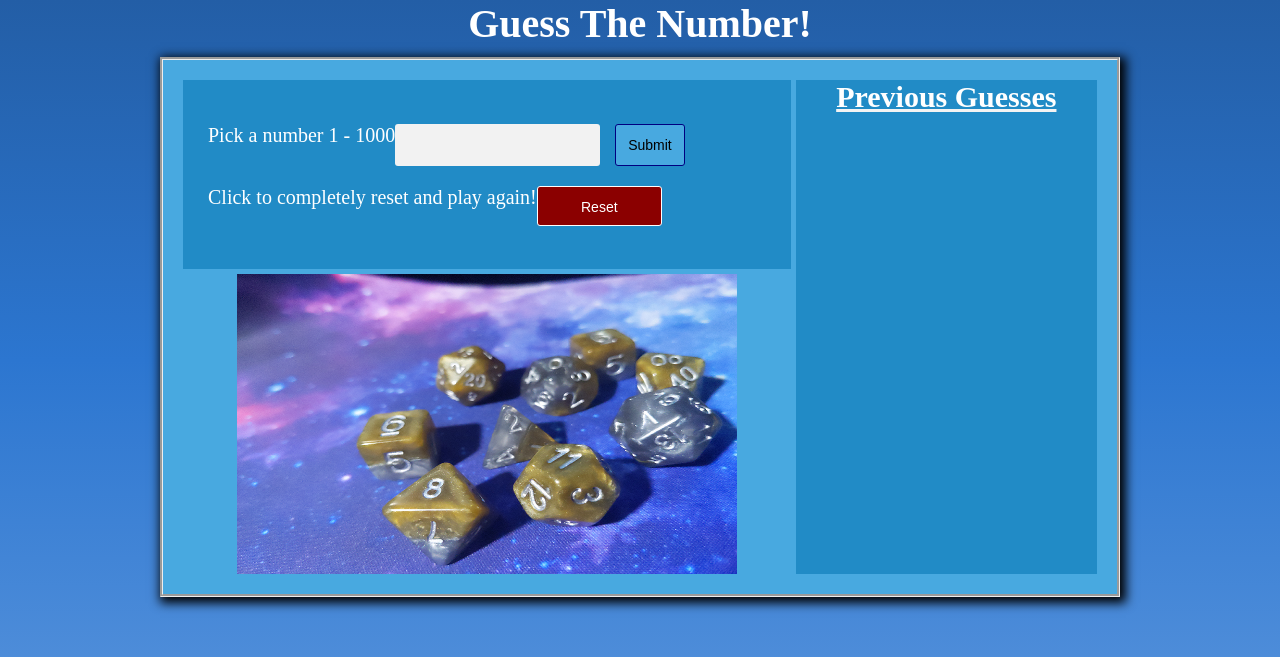
Repository: mlmEFSC21/P15-Modified-Guessing-Game
Page: guess.html
An editor plug-in stored every save of this project. The page is shown before and after the next save, followed by the edit.
The browser window is 1280 px wide. The pictures show the whole page.

Above is the page before, as saved 2022-03-23 18:32:46.

After the next save:
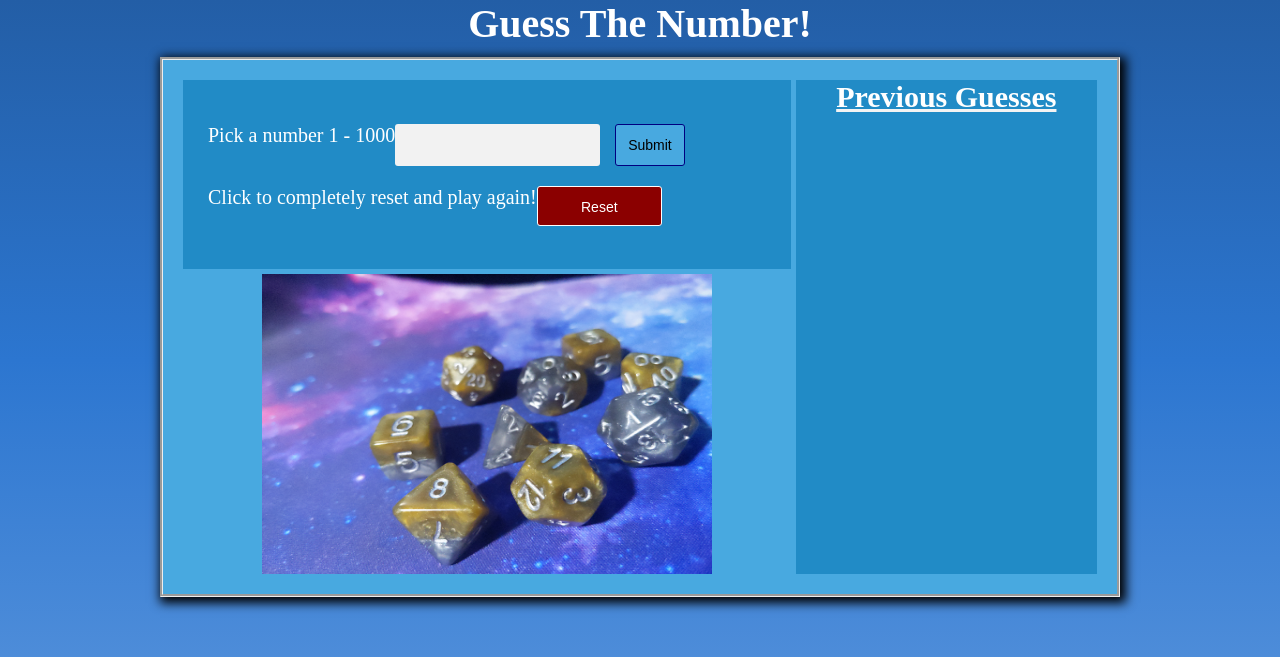
Saved 8 s later.
--- a/guess.css
+++ b/guess.css
@@ -77,7 +77,7 @@
     font-size: 14px;
 }
 img {
-    width: 500px;
+    width: 450px;
     height: 300px;
     grid-column: 1 / 3;
     grid-row: 3 / 5;

After the save that followed:
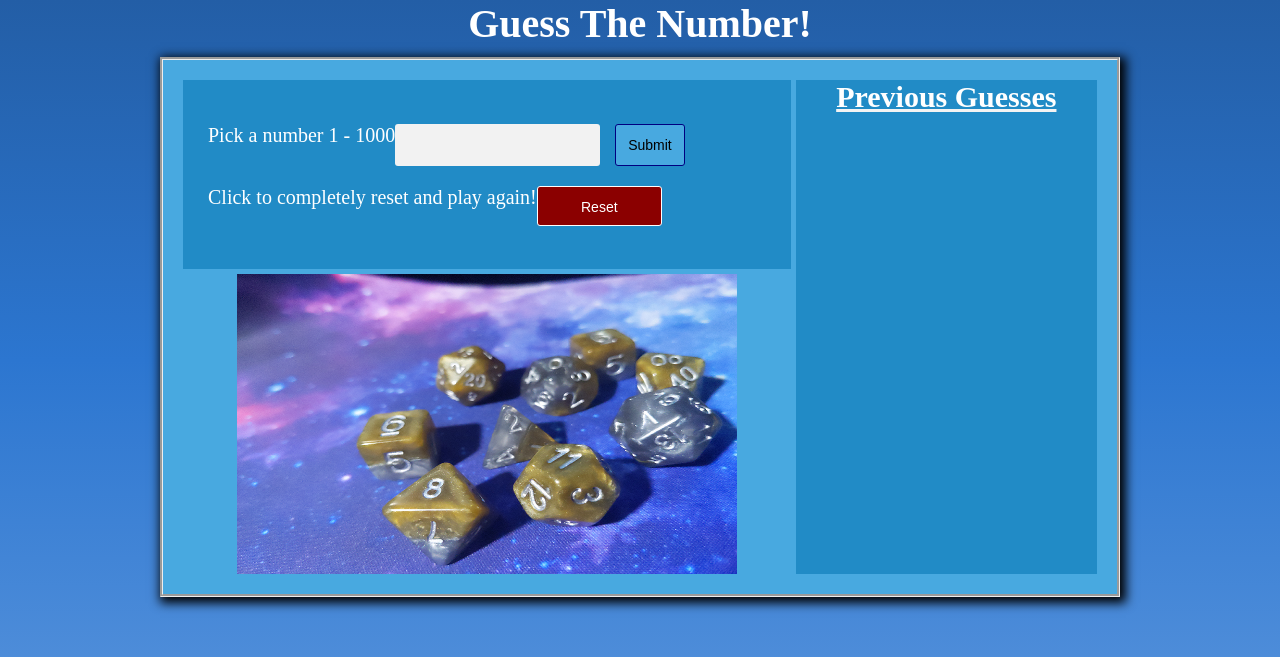
Saved 4 s later.
--- a/guess.css
+++ b/guess.css
@@ -77,7 +77,7 @@
     font-size: 14px;
 }
 img {
-    width: 450px;
+    width: 500px;
     height: 300px;
     grid-column: 1 / 3;
     grid-row: 3 / 5;
